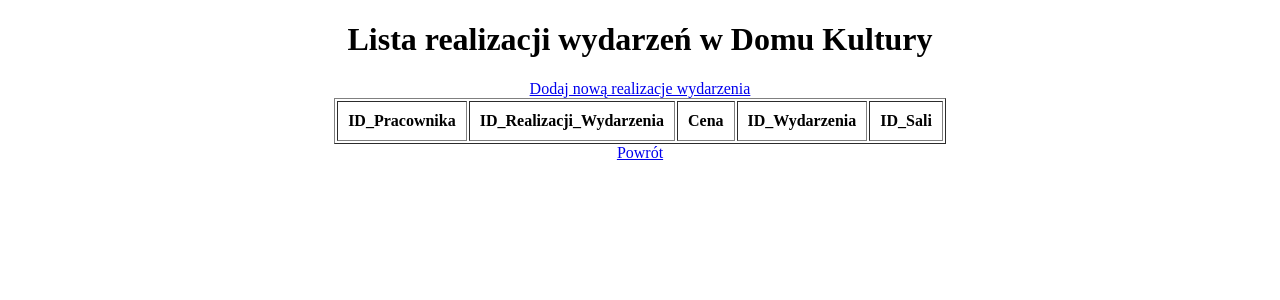
Repository: marcinRuta/houseOfCulture-crud-webapp-database
Page: http://localhost/realizacje_wydarzen
These files come from the project's save history. The page is drawn as it stood at one moment and after the next save; the edit follows.
The browser window is 1280 px wide. The pictures show the whole page.
The page is this project's Thymeleaf template; nobody is signed in. The template is opened directly, without the code that normally fills it, so the values that code supplies are empty.

Above is the page before, as saved 2021-01-07 12:40:17.

After the next save:
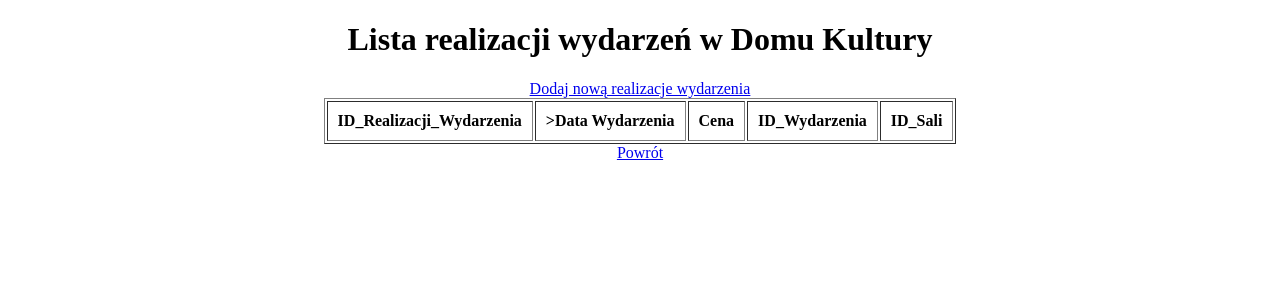
Saved 77 min 2 s later.
--- a/DomKultury/src/main/resources/templates/realizacje_wydarzen.html
+++ b/DomKultury/src/main/resources/templates/realizacje_wydarzen.html
@@ -20,8 +20,8 @@
 			<!-- Table header -->
 			<thead>
 				<tr>
-					<th>ID_Pracownika</th>
 					<th>ID_Realizacji_Wydarzenia</th>
+					<th>>Data Wydarzenia</th>
 					<th>Cena</th>
 					<th>ID_Wydarzenia</th>
 					<th>ID_Sali</th>
